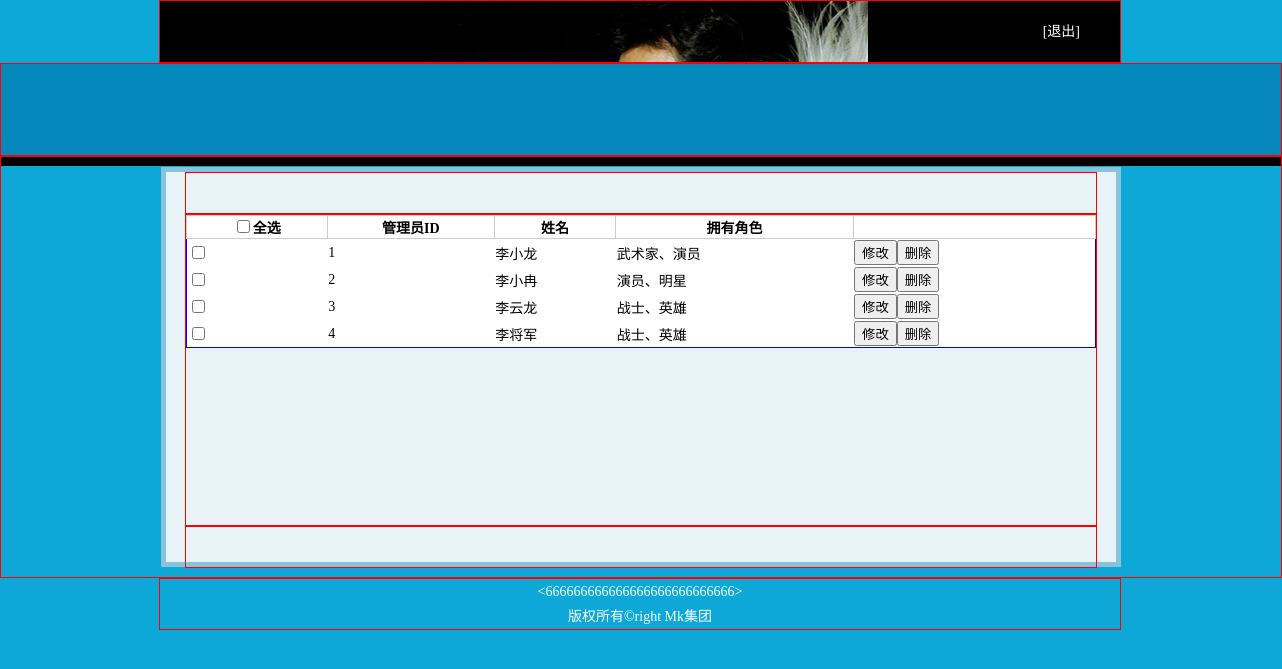
Repository: MasterKweng/workspace
Page: WebBasic/WebContent/Day02/demo6.html
An editor plug-in stored every save of this project. The page is shown before and after the next save, followed by the edit.
The browser window is 1280 px wide. The page is 1282 px wide, so the pictures cover 1282 px, including what lies to the right of the window. The pictures show the whole page.

Above is the page before, as saved 2018-01-04 08:07:37.

### WebBasic/WebContent/Day02/demo6.html
<!doctype html>
<html>
	<head>
		<title>管理员列表</title>
		<meta charset="utf-8"/>
		<style>
		/*设置页面整体布局*/
		/*body内外边距都是0*/
		body{
			background-color:#0EA8D8;
			padding:0;
			margin:0;
		}
		/*为了便于调试，设置出div边框，待完成时再去掉*/
		/*div统一设置为水平居中*/
		div {
			border:1px solid red;
			margin:0 auto;
		}
		/*分别设置各个div的宽高*/
		#logo{
			width:960px;
			height:61px;
		}
		#nav{
			width:100%;
			height:91px;
		}
		#main{
			width:100%;
			height:410px;
			padding:10px 0 0 0;
		}
		#copyright{
			width:960px;
			height:50px;
		}
		#content{
			width:950px;
			height:390px;
			border:5px solid #8ac1db;
		}
		#operate,#page{
			width:910px;
			height:40px;
		}
		#data{
			width:910px;
			height:310px;
		}
		/*设置背景色与背景图*/
		body{
			background-color:#0EA8D8;
			}
		#nav{
			background-color:#0488BB;
		}
		#content{
			background-color:#e8f3f8;
		}
		#logo{
			background-image:url(../img/leslie.jpg);
		}
		#main{
			background:url(../img/b.jpg) repeat-x top;
		}
		/*设置文本格式*/
		body{
			font-family:'微软雅黑';
			font-size:14px;
		}
		#logo,#copyright{
			color:#fff;
		}
		#logo a:link{
			color:#fff;

		}
		#logo a:visited{
			color:#fff;
		}
		#logo a{
			text-decoration:none;
			margin-right:40px;
			line-height:61px;
		}
		#logo{
			text-align:right;
		}
		#logo a:hover{
			font-weight:bold;
		}
		#copyright p{
			text-align:center;
			margin:0;
			line-height:25px;
		}
		/*设置表格的样式*/
		table{
			width:910px;
			border:1px solid blue;
			background-color:#fff;
			border-collapse:collapse;
		}
		table thead th{
			border:1px solid #ccc;
		}
		</style>
	</head>
	<body>
		<!-- logo区 -->
		<div id="logo">
		<a href="#">[退出]</a>
		</div>
		<!-- 导航区 -->
		<div id="nav"></div>
		<!-- 核心区 -->
		<div id="main">
			<!-- 内容区 -->
			<div id="content">
				<!-- 操作区 -->
				<div id="operate"></div>
				<!-- 数据区 -->
				<div id="data">
					<table>
					<thead>
					<tr><th><input type="checkbox" id="check_all"/><label for="check_all">全选</label></th>
					<th>管理员ID</th><th>姓名</th><th>拥有角色</th><th></th></tr>
					</thead>
					<tbody>
					<tr>
					<td><input type="checkbox" id="1"/></td>
					<td>1</td><td>李小龙</td><td>武术家、演员</td>
					<td><input type="button" value="修改" class="modify"/><input type="button" value="删除" class="delete"/></td>
					</tr>
					<tr><td><input type="checkbox" id="2"/></td>
					<td>2</td><td>李小冉</td><td>演员、明星</td>
					<td><input type="button" value="修改" class="modify"/><input type="button" value="删除" class="delete"/></td>
					</tr>
					<tr><td><input type="checkbox" id="3"/></td>
					<td>3</td><td>李云龙</td><td>战士、英雄</td>
					<td><input type="button" value="修改" class="modify"/><input type="button" value="删除" class="delete"/></td>
					</tr>
					<tr><td><input type="checkbox" id="4"/></td>
					<td>4</td><td>李将军</td><td>战士、英雄</td>
					<td><input type="button" value="修改" class="modify"/><input type="button" value="删除" class="delete"/></td>
					</tr>
					</tbody>
					</table>
				</div>
				<!-- 分页区 -->
				<div id="page"></div>
			</div>
		</div>
		<!-- 版权区 -->
		<div id="copyright">
		<p>
		<666666666666666666666666666>
		</p>
		<p>
		版权所有&copyright Mk集团
		</p>
		</div>
	</body>
</html>

After the next save:
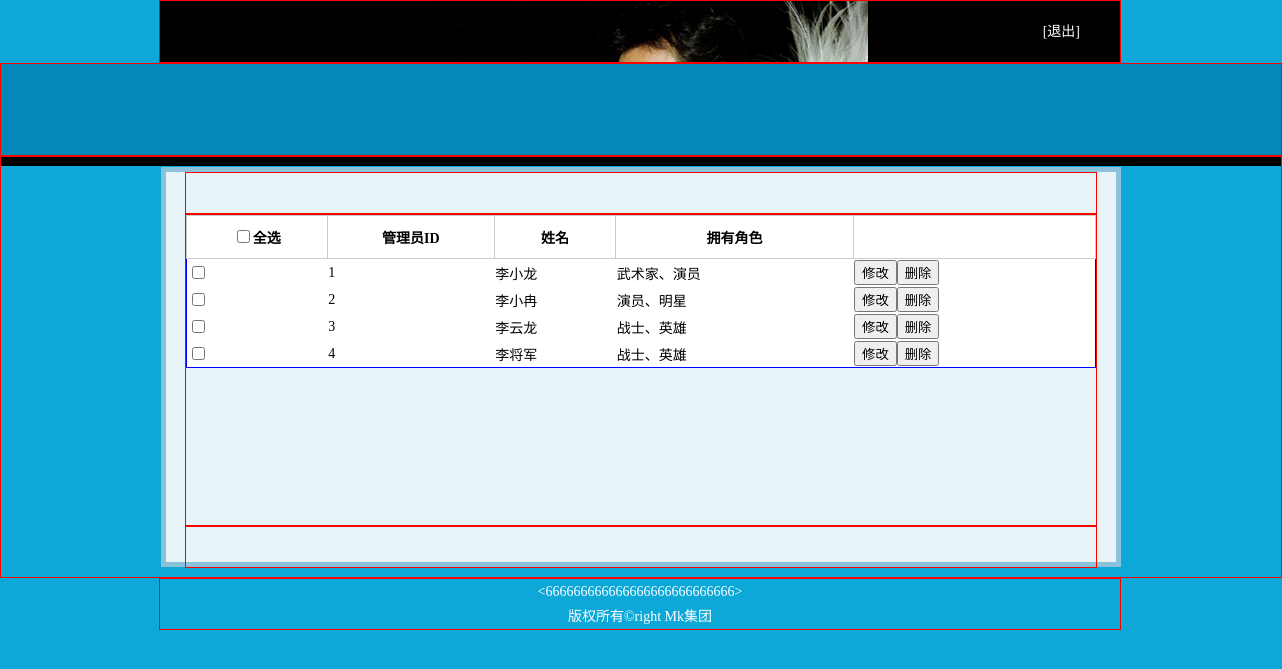
Saved 67 s later.
--- a/WebBasic/WebContent/Day02/demo6.html
+++ b/WebBasic/WebContent/Day02/demo6.html
@@ -104,6 +104,7 @@
 		}
 		table thead th{
 			border:1px solid #ccc;
+			height:40px;
 		}
 		</style>
 	</head>
